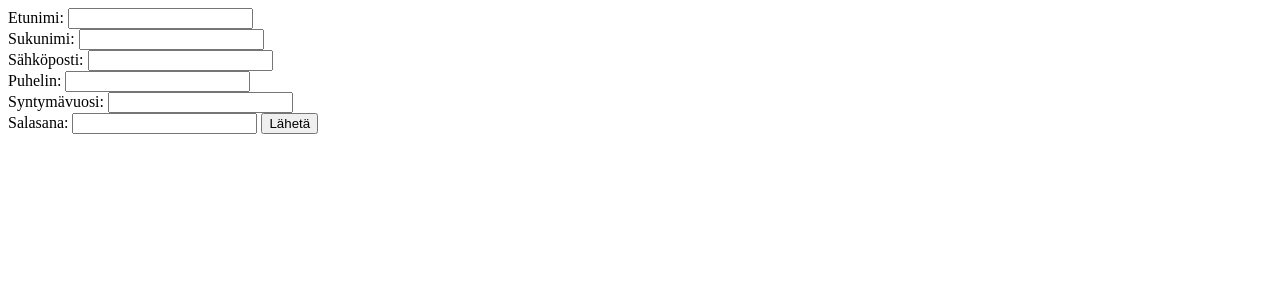
Repository: Zonkku/Valmistautuminen
Page: http://localhost/Kommunikaatio/Kysy.jsp
These files come from the project's save history. The page is drawn as it stood at one moment and after the next save; the edit follows.
The browser window is 1280 px wide. The pictures show the whole page.
The page is served by Tomcat 9.

Above is the page before, as saved 2020-04-17 08:24:10.

### Kommunikaatio/WebContent/Kysy.jsp
<%@ page language="java" contentType="text/html; charset=ISO-8859-1"
    pageEncoding="ISO-8859-1"%>
<!DOCTYPE html>
<html>
<head>
<meta charset="ISO-8859-1">

<title>Insert title here</title>
</head>
<body>


<form action="nayta.jsp" method="GET">
	Etunimi: <input type="text" name="etunimi"><br>
	Sukunimi: <input type="text" name="sukunimi"><br>
	Sähköposti: <input type="text" name="sposti"><br>
	Puhelin: <input type="text" name="puhelin"><br>
	Syntymävuosi: <input type="text" name="svuosi"><br>




	Salasana: <input type="password" name="pwd">
	<input type="submit" value="Lähetä">
</form>


</body>
</html>

After the next save:
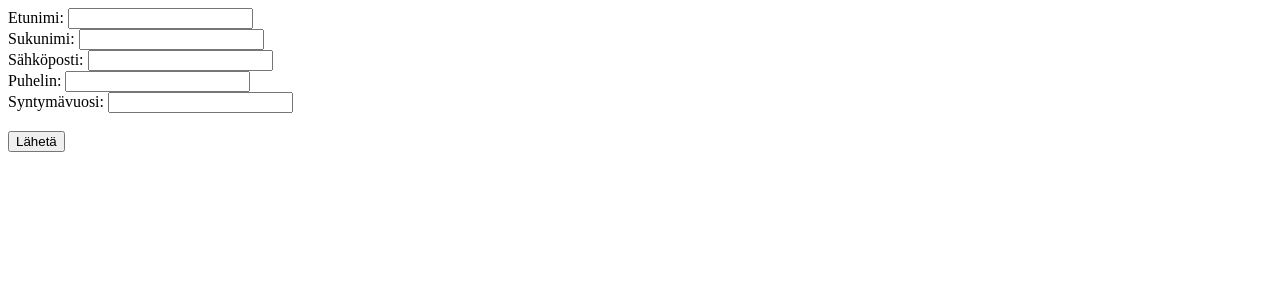
Saved 30 s later.
--- a/Kommunikaatio/WebContent/Kysy.jsp
+++ b/Kommunikaatio/WebContent/Kysy.jsp
@@ -15,12 +15,7 @@
 	Sukunimi: <input type="text" name="sukunimi"><br>
 	Sähköposti: <input type="text" name="sposti"><br>
 	Puhelin: <input type="text" name="puhelin"><br>
-	Syntymävuosi: <input type="text" name="svuosi"><br>
-
-
-
-
-	Salasana: <input type="password" name="pwd">
+	Syntymävuosi: <input type="text" name="svuosi"><br><br>
 	<input type="submit" value="Lähetä">
 </form>
 
